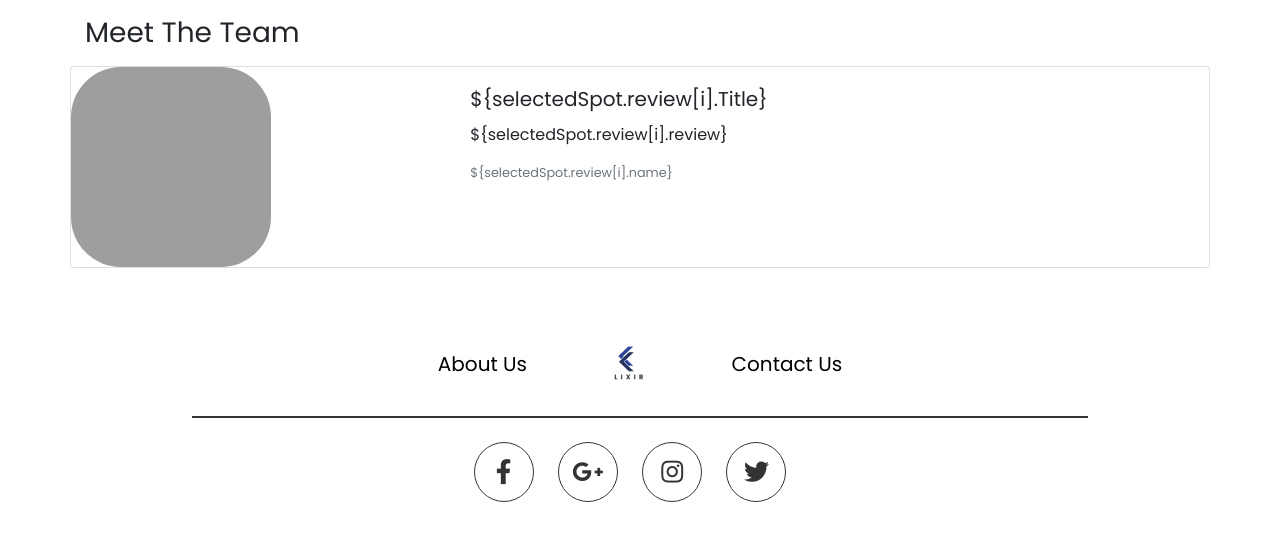
Repository: phiiileo/lit-page
Page: team-page.html
The author's editor kept a copy of each file at every save. The page is drawn from the files as they stood at one save, then again after a run of saves.
The browser window is 1280 px wide. The pictures show the whole page.
Pictures or frames that could not be fetched are drawn as grey boxes. Some web libraries are served in a nearby version.

Above is the page before, as saved 2019-12-04 20:54:02.

After the next 3 saves:
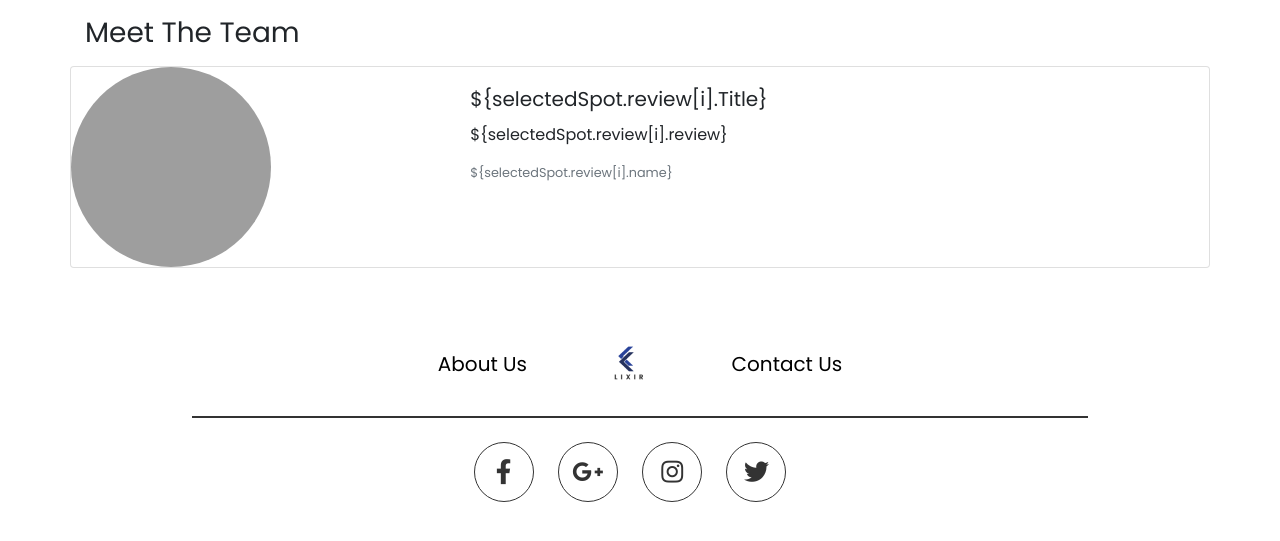
The 3 saves are shown as one change because they came seconds apart.
The last was saved 21 s later.
--- a/css/team-page.css
+++ b/css/team-page.css
@@ -7,5 +7,5 @@
 .team-image{
     width: 200px;
     height: 200px;
-    border-radius: 50px;
+    border-radius: 50%;
 }
